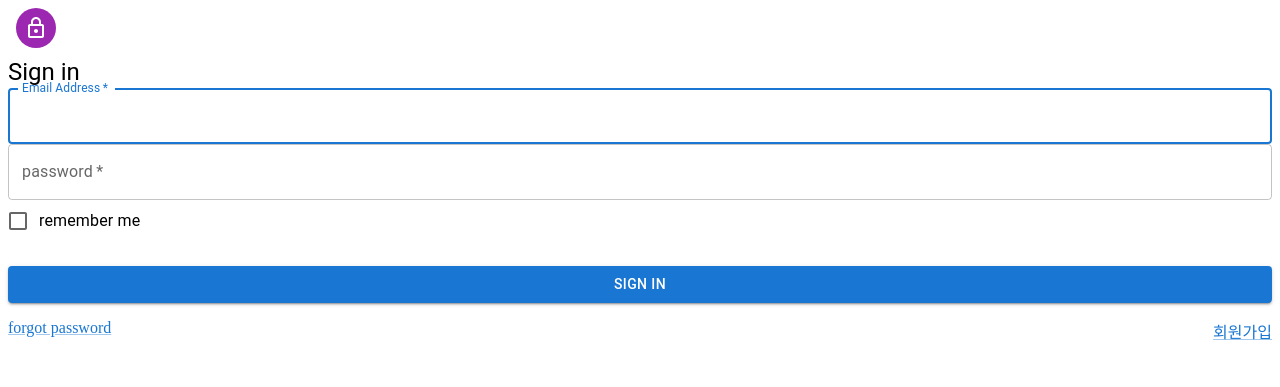
Repository: chlwpdnswku/nextjsportpolioclone
Page: /
These files come from the project's save history. The page is drawn as it stood at one moment and after the next save; the edit follows.
The browser window is 1280 px wide. The pictures show the whole page.
The project was rebuilt for these pictures with package versions that can differ from the ones it lists, and the page was loaded fresh each time. The framework's server and built-in components were replaced by stand-ins that run in the browser. Also part of the build but not shown: next.config.js.

Above is the page before, as saved 2022-08-05 17:07:20.

After the next save:
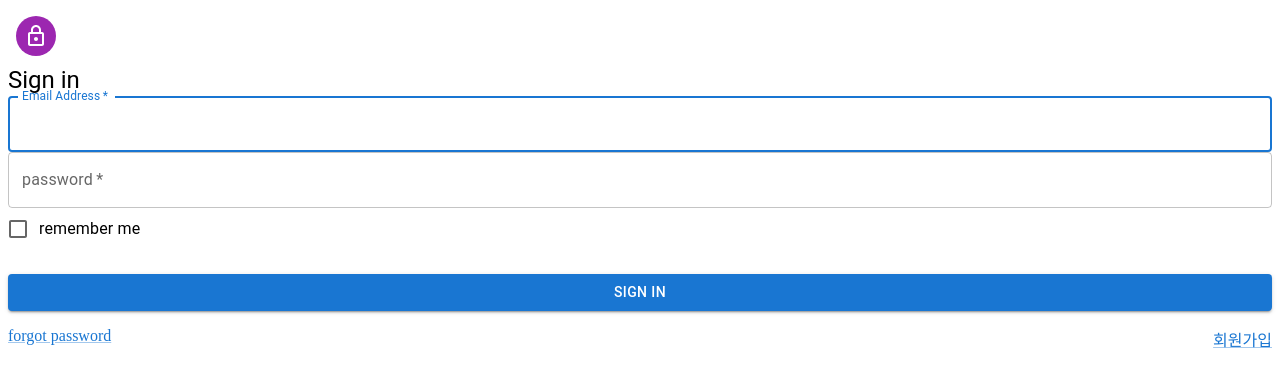
Saved 47 s later.
--- a/pages/index.tsx
+++ b/pages/index.tsx
@@ -20,7 +20,7 @@ import Checkbox from '@mui/material/Checkbox';
 const Home: NextPage = () => {
   return (
     <>
-      <Box></Box>
+      <Box mt={2}></Box>
       {/* Typography는 text폰트를 지정할수 있도록 하는 것 h1 테그로 감싸지고 variant h5 는 mui에서 지정한 h5디자인 적용  */}
       {/* Avata를 통해 아이콘을 원형으로 하기 sx제거해도 자동으로 margin 1만큼  */}
       <Avatar sx={{ m: 1, bgcolor: 'secondary.main' }}>
